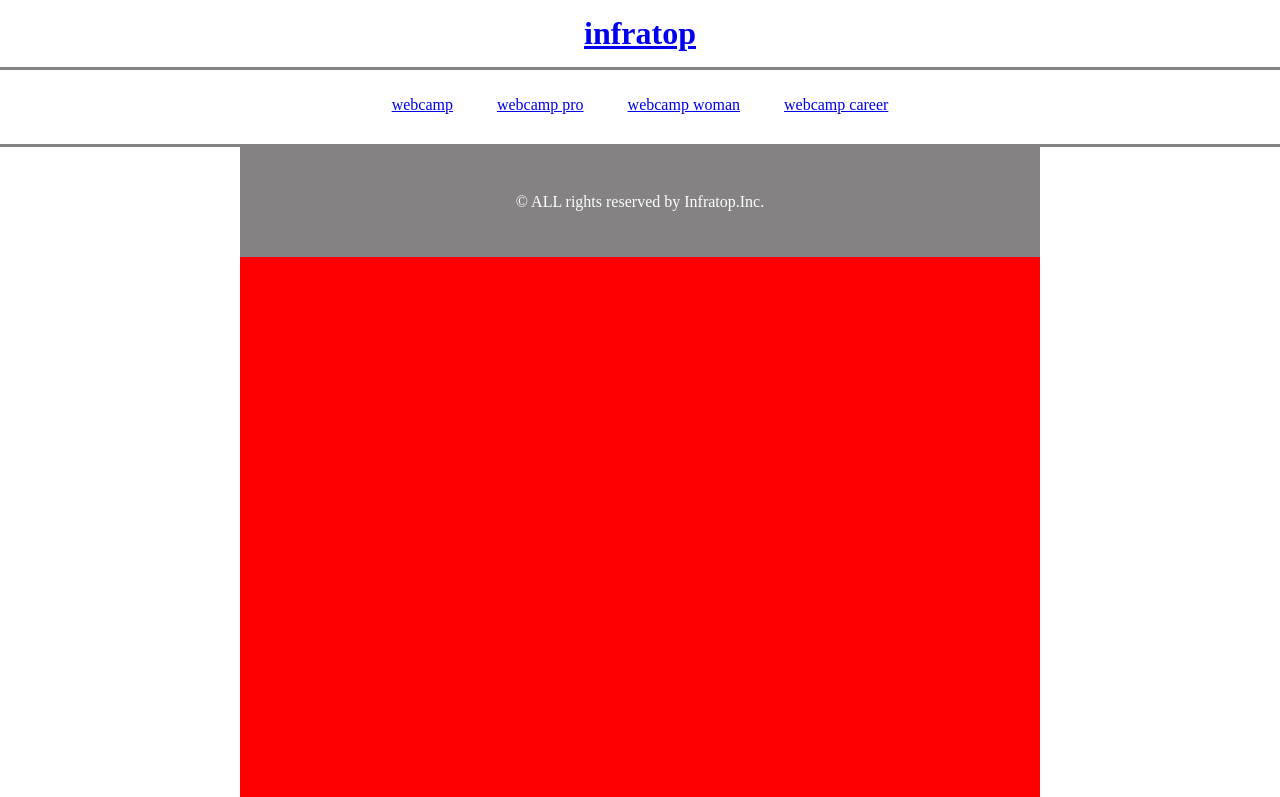
Repository: Souax/prac_20231021
Page: Chapter5/5.html
The author's editor kept a record of every edit. The page is drawn from the files as they stood at one moment, then again after the next edit.
The browser window is 1280 px wide. The pictures show the whole page.

Above is the page before.

After the next edit:
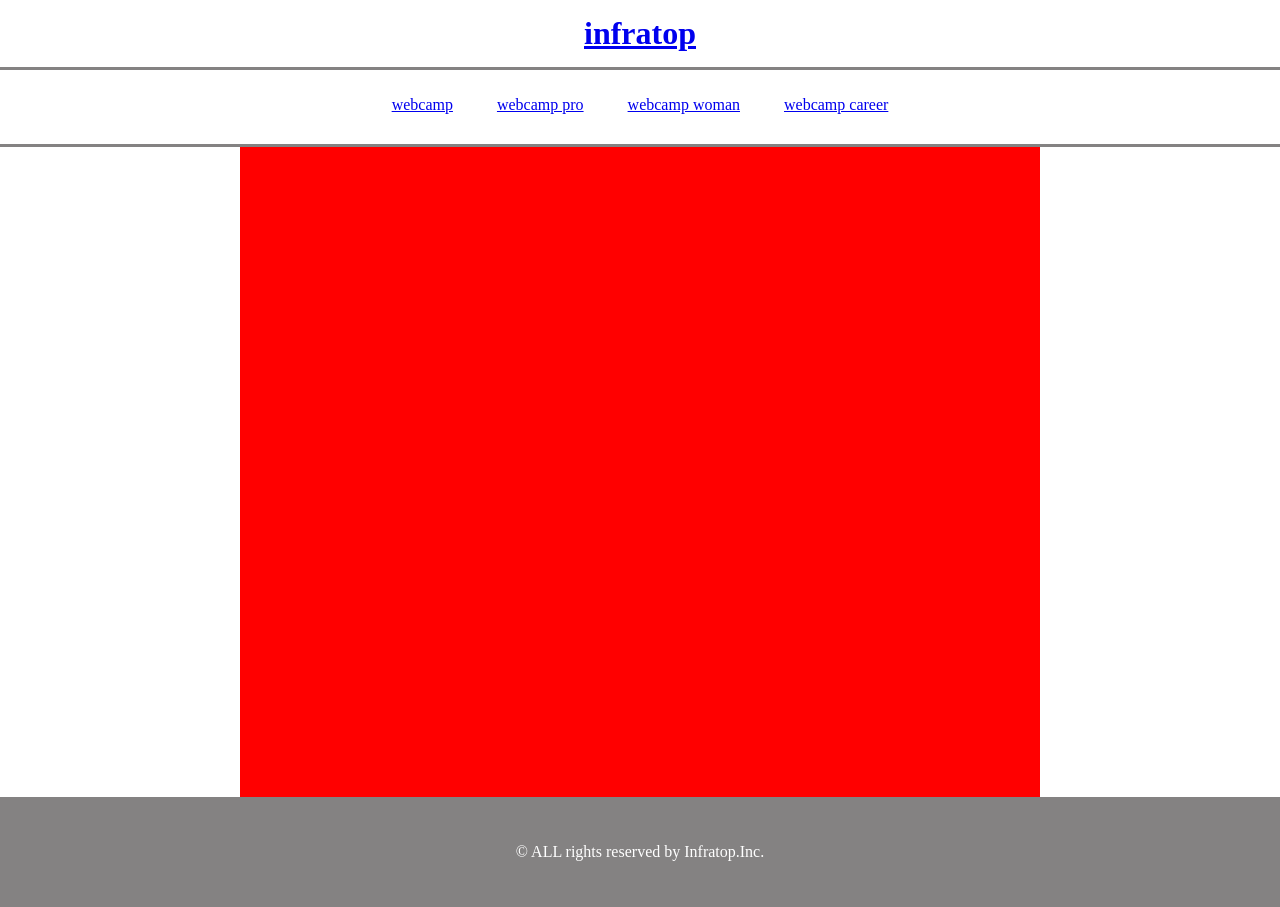
The edit:
--- a/Chapter5/5.html
+++ b/Chapter5/5.html
@@ -33,6 +33,7 @@
     <div class="main-1"></div>
     <div class="main-2"></div>
     <div class="main-3"></div>
+    </main>
     <div class="main-4"></div>
     <div class="main-5"></div>
     <div class="main-6"></div>

After the edit that followed:
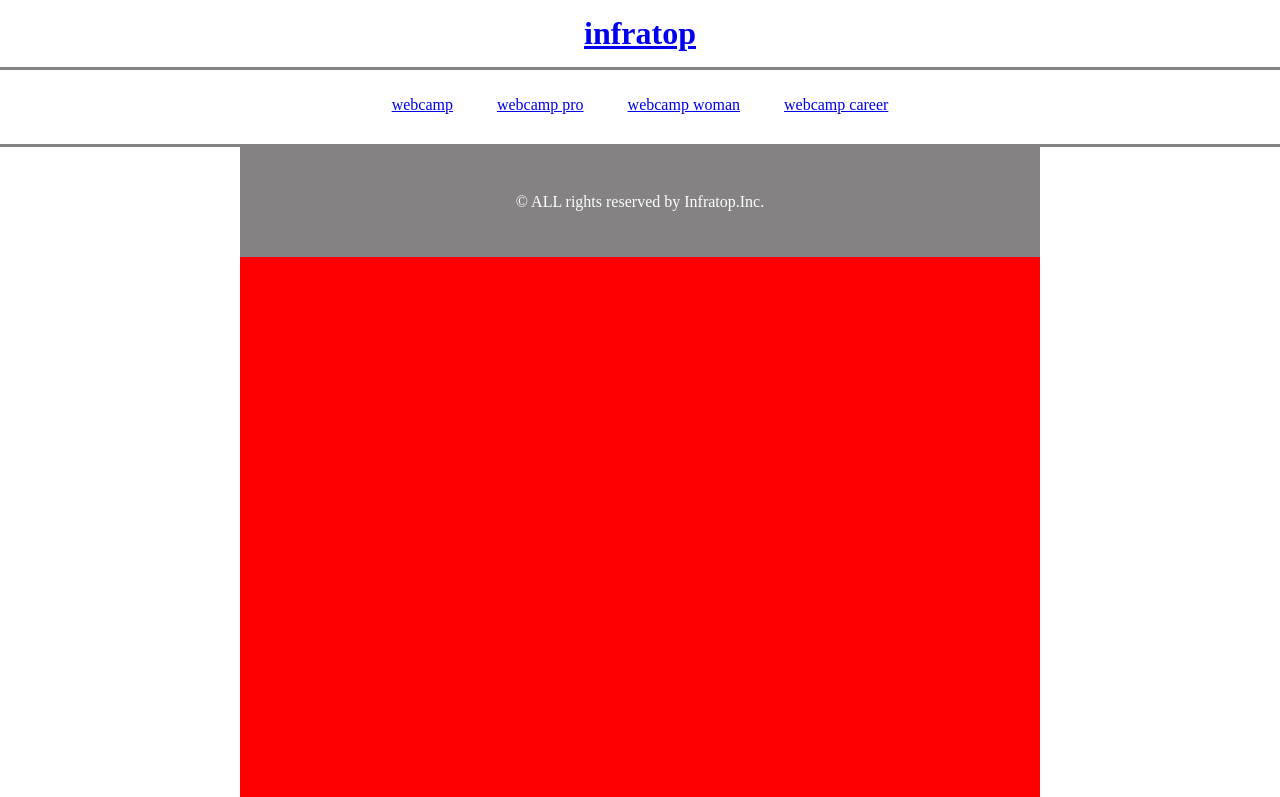
The edit:
--- a/Chapter5/5.html
+++ b/Chapter5/5.html
@@ -30,10 +30,9 @@
       </ul>
     </nav>
     <main>
-    <div class="main-1"></div>
-    <div class="main-2"></div>
-    <div class="main-3"></div>
-    </main>
+    <div class="box-1"></div>
+    <div class="box-2"></div>
+    <div class="box-3"></div>
     <div class="main-4"></div>
     <div class="main-5"></div>
     <div class="main-6"></div>
